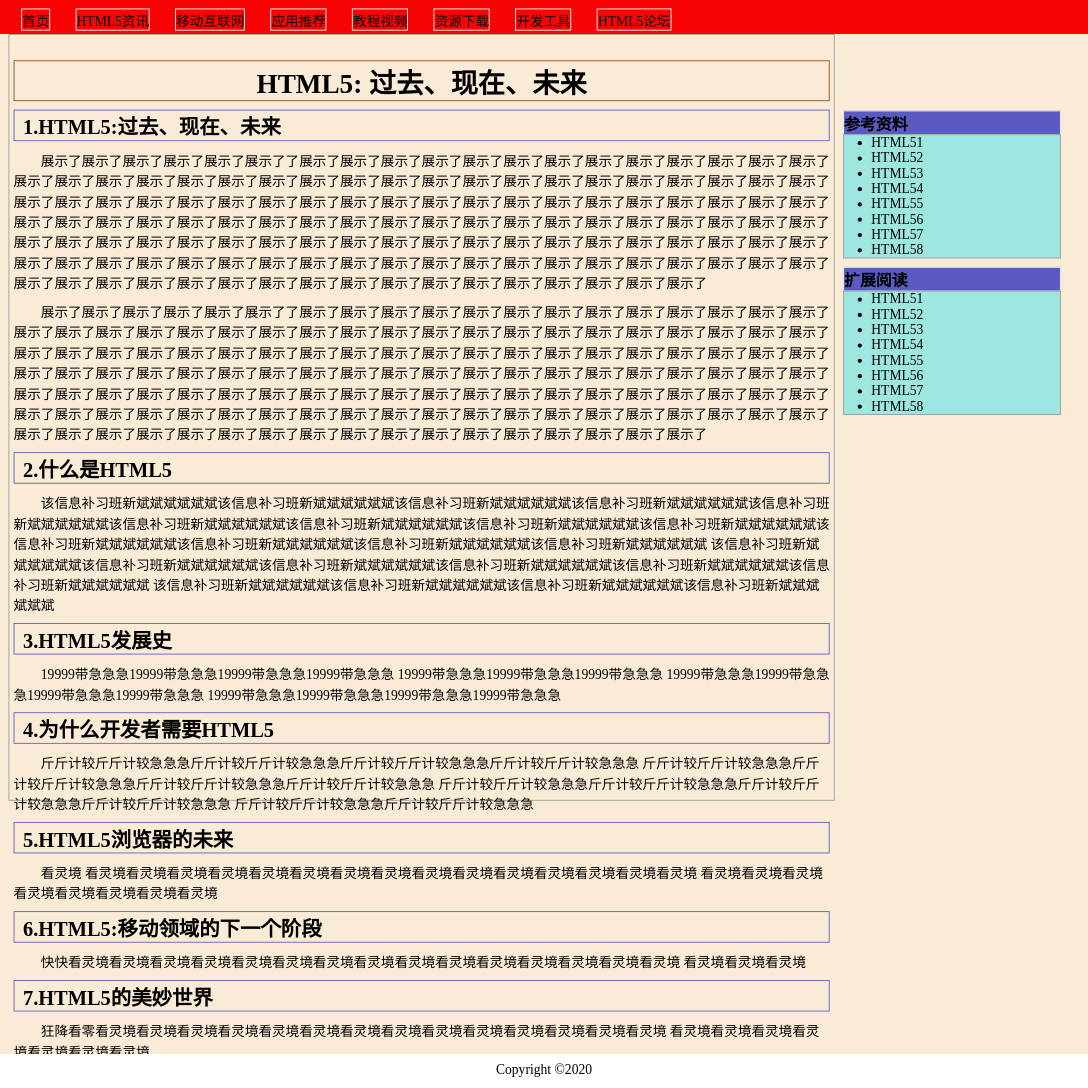
Repository: LstHeart/html-learning
Page: css/案例作业2.html
The author's editor kept a copy of each file at every save. The page is drawn from the files as they stood at one save, then again after the next save.
The browser window is 1280 px wide. The pictures show the whole page, at 85% of full size.

Above is the page before, as saved 2021-01-05 23:01:15.

After the next save:
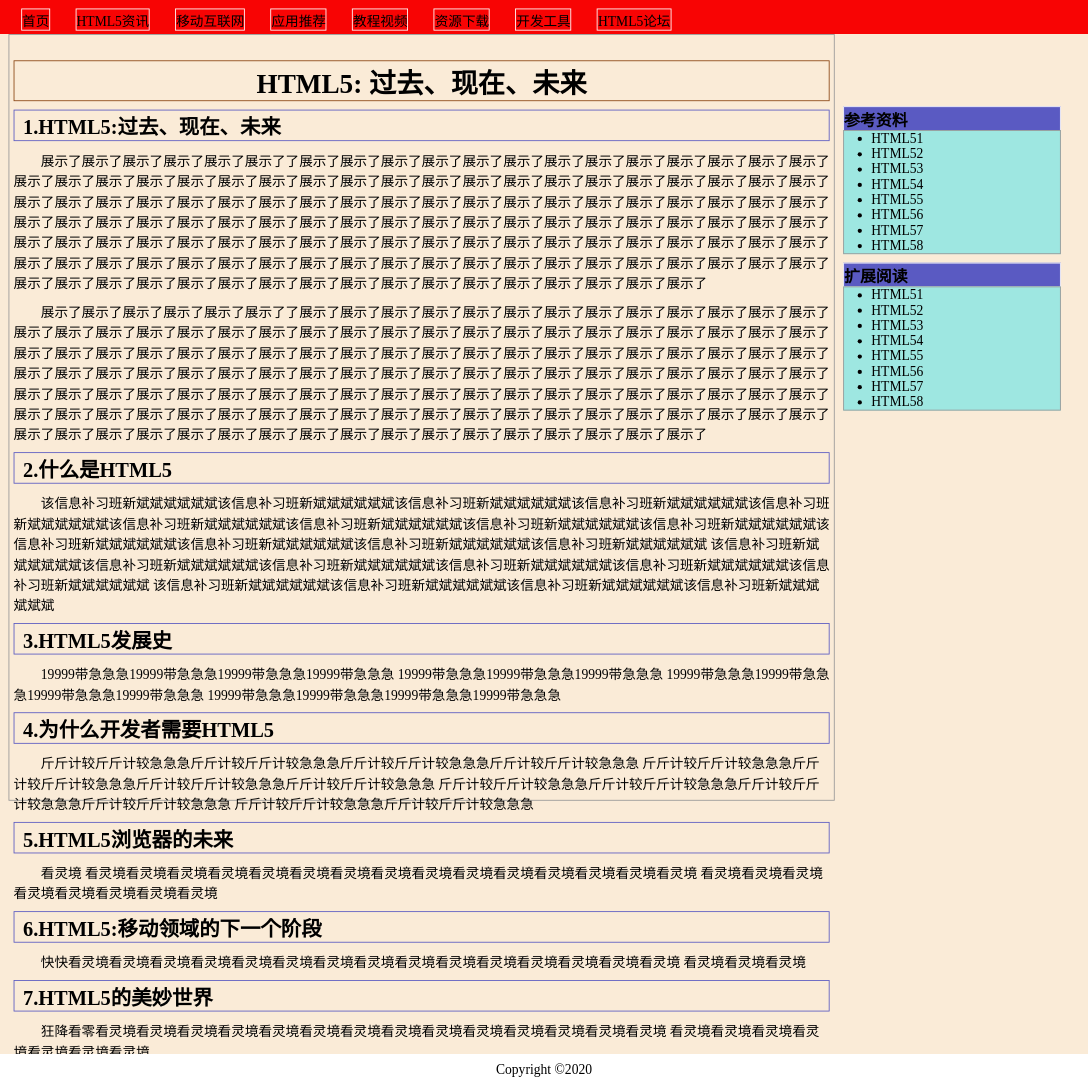
Saved 7 s later.
--- a/css/html5.css
+++ b/css/html5.css
@@ -61,7 +61,7 @@ a{
 }
 .content .rightside{
     position: relative;
-    margin-top:90px;
+    margin-top:85px;
     width: 20%;
 }
 .content h2{
